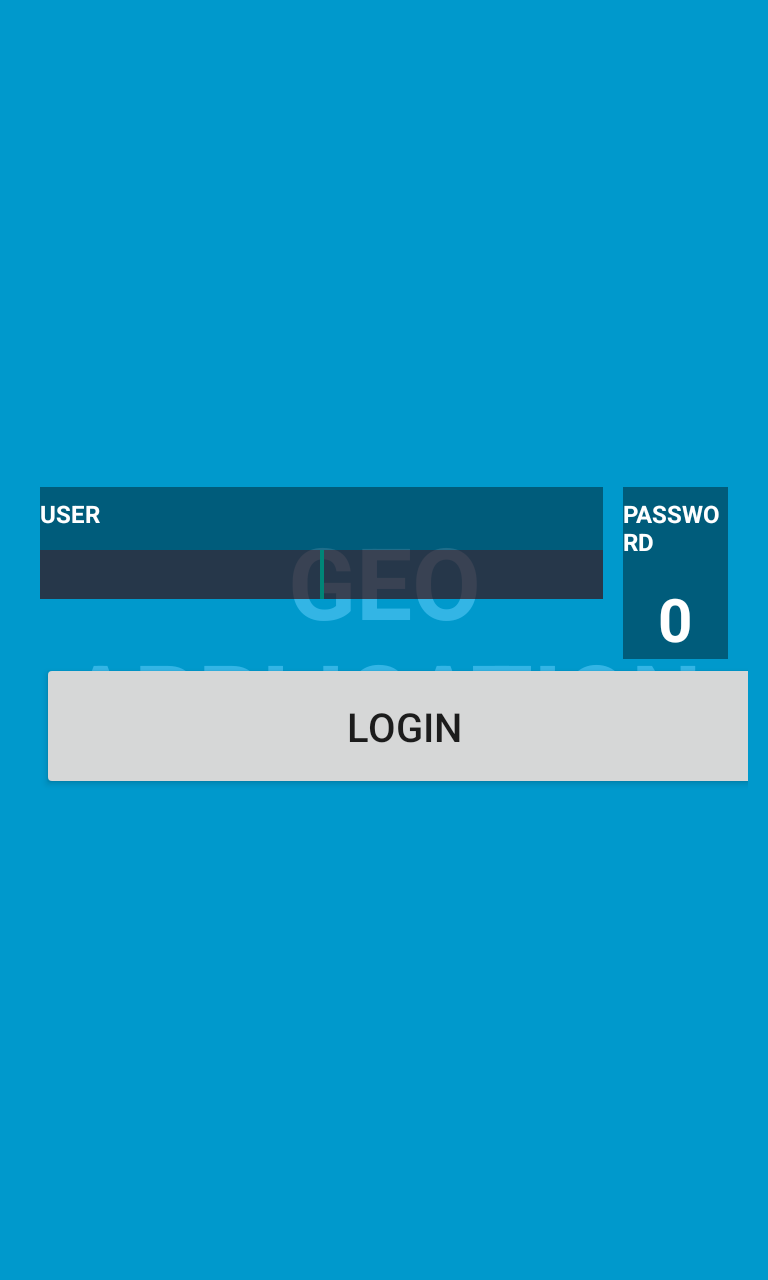
Repository: sebastianR1001/GeoApplication
Layout: GeoApplication/res/layout/login_fullscreen.xml
An editor plug-in stored every save of this project. The layout is shown before and after the next save, followed by the edit.
It is drawn on a 768 x 1280 px phone screen (xhdpi) without system bars, with theme AppTheme; the app's code is not run.

Above is the layout before, as saved 2014-10-25 18:54:44.

### GeoApplication/res/layout/login_fullscreen.xml
<FrameLayout xmlns:android="http://schemas.android.com/apk/res/android"
    xmlns:tools="http://schemas.android.com/tools"
    android:layout_width="match_parent"
    android:layout_height="match_parent"
    android:background="#0099cc"
    tools:context="geo.geoapplication.FullscreenActivity" >

   <TextView
        android:layout_width="match_parent"
        android:layout_height="match_parent"
        android:gravity="center"
        android:keepScreenOn="true"
        android:text="@string/geo_application"
        android:textColor="#33b5e5"
        android:textSize="50sp"
        android:textStyle="bold" />


   <TableLayout
        android:layout_width="wrap_content"
        android:layout_height="wrap_content"
        android:layout_gravity="center"
        android:orientation="vertical"
        android:layout_marginLeft="10dp"
        android:layout_marginRight="10dp"  >

        <TableRow
            android:id="@+id/tableRow1"
            android:layout_width="wrap_content"
            android:layout_height="wrap_content"
            >

            <LinearLayout
		        android:id="@+id/userLayout"
		        style="?metaButtonBarStyle"
		        android:layout_width="wrap_content"
		        android:layout_height="wrap_content"
		        android:layout_weight="5"
		        android:layout_marginLeft="10dp"
		        android:background="@color/black_overlay"
		        android:orientation="vertical"
		        tools:ignore="UselessParent" >

			    <TextView
			        android:layout_width="match_parent"
			        android:layout_height="match_parent"
			        android:layout_marginTop="5dp"
			        android:text="@string/userText"
			        android:id="@+id/userText"
			        android:textColor="#ffffff"
			        android:textSize="12sp"
			        android:textStyle="bold" />

			    <EditText
			       android:id="@+id/userValue"
			       android:layout_width="match_parent"
			       android:layout_height="wrap_content"
			       android:gravity="center"
			       android:background="@color/white_overlay"
			       android:layout_marginTop="10dp"
			       android:ems="20" >

       <requestFocus />
   </EditText>

	        </LinearLayout>

			<LinearLayout
		        android:id="@+id/passwordLayout"
		        style="?metaButtonBarStyle"
		        android:layout_width="wrap_content"
		        android:layout_height="wrap_content"
		        android:layout_weight="5"
		        android:layout_marginRight="10dp"
		        android:layout_marginLeft="10dp"
		        android:background="@color/black_overlay"
		        android:orientation="vertical"
		        tools:ignore="UselessParent" >

			    <TextView
			        android:layout_width="match_parent"
			        android:layout_height="match_parent"
			        android:layout_marginTop="5dp"
			        android:text="@string/passwordText"
			        android:id="@+id/passwordText"
			        android:textColor="#ffffff"
			        android:textSize="12sp"
			        android:textStyle="bold" />

			    <TextView
			        android:layout_width="match_parent"
			        android:layout_height="match_parent"
			        android:text="@string/speed"
			        android:id="@+id/speed"
			        android:layout_marginTop="10dp"
			        android:gravity="center"
			        android:textColor="#ffffff"
			        android:textSize="30sp"
			        android:textStyle="bold" />
	        </LinearLayout>
        </TableRow>

        <TableRow
            android:id="@+id/tableRow10"
            android:layout_width="wrap_content"
            android:layout_height="wrap_content"
            >

            <Button
		        android:id="@+id/loginButton"
		        android:layout_width="135dp"
		        android:layout_height="67dp"
		        android:layout_marginLeft="10dp"
		        android:textSize="20sp"
		        android:text="@string/loginButton" />

		     <Button
		        android:id="@+id/newAccountButton"
		        android:layout_width="135dp"
		        android:layout_height="67dp"
		        android:layout_marginRight="10dp"
		        android:layout_marginLeft="10dp"
		        android:textSize="16sp"
		        android:text="@string/newAccountButton" />

        </TableRow>
    </TableLayout>
    <!--
         This FrameLayout insets its children based on system windows using
         android:fitsSystemWindows.
    -->

</FrameLayout>

### GeoApplication/res/values/strings.xml
<?xml version="1.0" encoding="utf-8"?>
<resources>

    <string name="app_name">GeoApplication</string>
    <string name="dummy_button">Dummy Button</string>
    <string name="dummy_content">DUMMY\nCONTENT</string>
    <string name="geo_application">GEO\nAPPLICATION</string>

    <string name="location">Location: ---</string>

    <string name="speedText">Speed</string>
    <string name="speed">0</string>
    <string name="speedUnit">km/h</string>

    <string name="time">00:00:00</string>
    <string name="timeText">Time</string>

    <string name="accuracy">Accuracy:</string>

    <string name="distance">0</string>
    <string name="distanceUnit">m</string>
    <string name="distanceText">Distance</string>

    <string name="altitude">0</string>
    <string name="altitudeUnit">AMSL</string>
    <string name="altitudeText">Altitude</string>

    <string name="last_fix">Last fix:</string>

    <string name="userText">USER</string>
    <string name="passwordText">PASSWORD</string>

    <string name="startButton">START</string>
    <string name="stopButton">STOP</string>
    <string name="resetButton">RESET</string>
    <string name="loginButton">LOGIN</string>
    <string name="newAccountButton">REGISTRATION</string>

    <string name="advancedText">ADVANCED</string>

</resources>

### GeoApplication/res/values/colors.xml
<resources>

    <color name="black_overlay">#66000000</color>
    <color name="white_overlay">#66600000</color>

</resources>

Loaded but not shown: GeoApplication/res/values/styles.xml (common file); GeoApplication/res/values-v11/styles.xml (common file); GeoApplication/res/values-v14/styles.xml (common file)

After the next save:
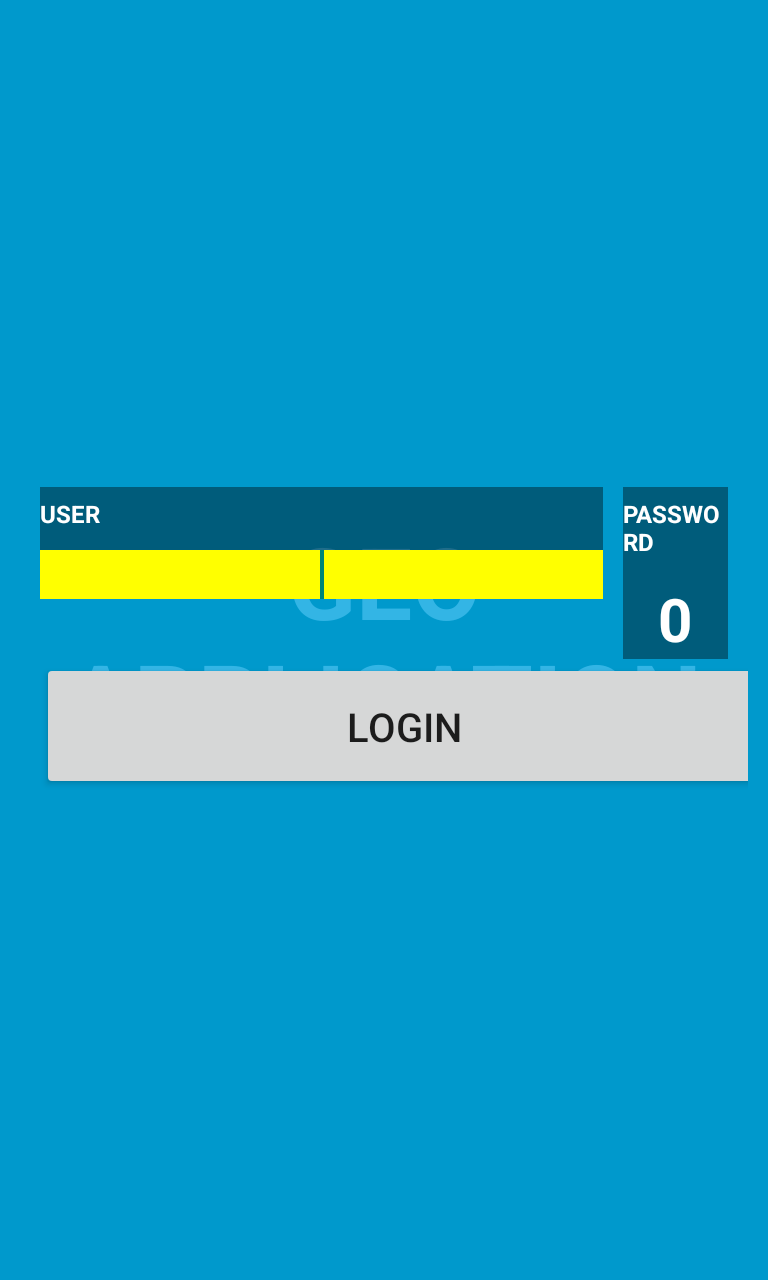
Saved 31 s later.
--- a/GeoApplication/res/values/colors.xml
+++ b/GeoApplication/res/values/colors.xml
@@ -1,6 +1,6 @@
 <resources>
 
     <color name="black_overlay">#66000000</color>
-    <color name="white_overlay">#66600000</color>
+    <color name="white_overlay">#ffffff00</color>
 
 </resources>
